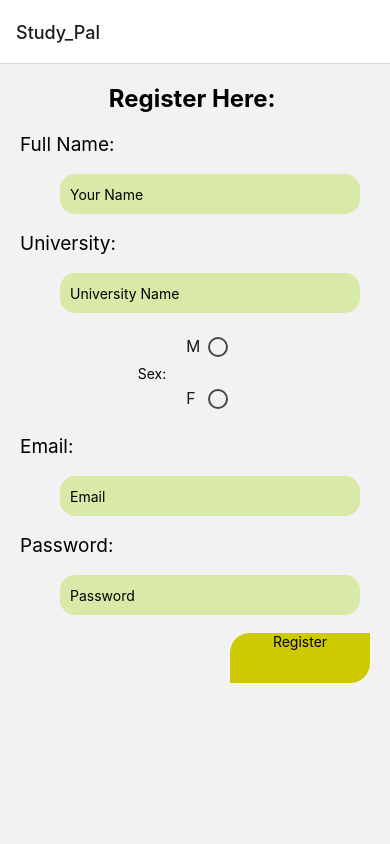
Repository: abdurehmanali611/Study-Pal
Screen: /
The author's editor kept a copy of each file at every save. The screen is drawn from the files as they stood at one save, then again after the next save.
The app was drawn by React Native's web renderer in a window 390 px wide. The project was rebuilt for these pictures with package versions that can differ from the ones it lists, and the page was loaded fresh each time. Also part of the build but not shown: Front_Pages/Home.js, Screens/Softwareeng.js, Screens/Computersci.js, Screens/Informationsci.js, Screens/Informationtech.js, Screens/Softwarecards.js, Screens/Computercards.js, Screens/Sciencecards.js and 4 more.

Above is the screen before, as saved 2024-01-23 22:28:33.

After the next save:
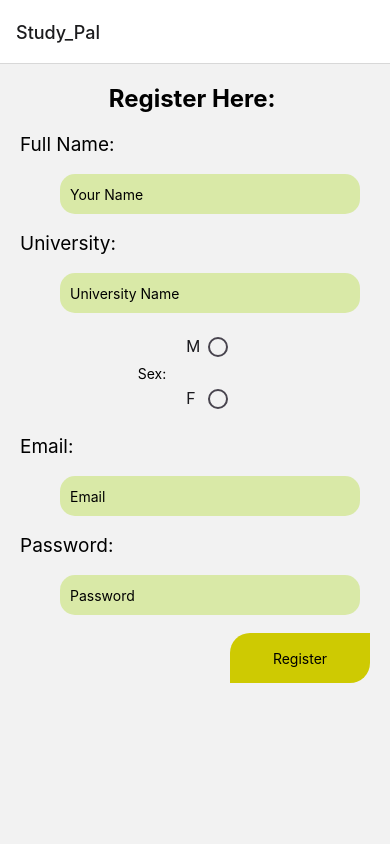
Saved 5 s later.
--- a/Front_Pages/Sign_Up.js
+++ b/Front_Pages/Sign_Up.js
@@ -155,7 +155,7 @@ const styles = StyleSheet.create ({
       borderBottomRightRadius: 20,
       alignSelf: 'flex-end',
       alignItems: 'center',
-
+      justifyContent: 'center'
     }
 })
 
